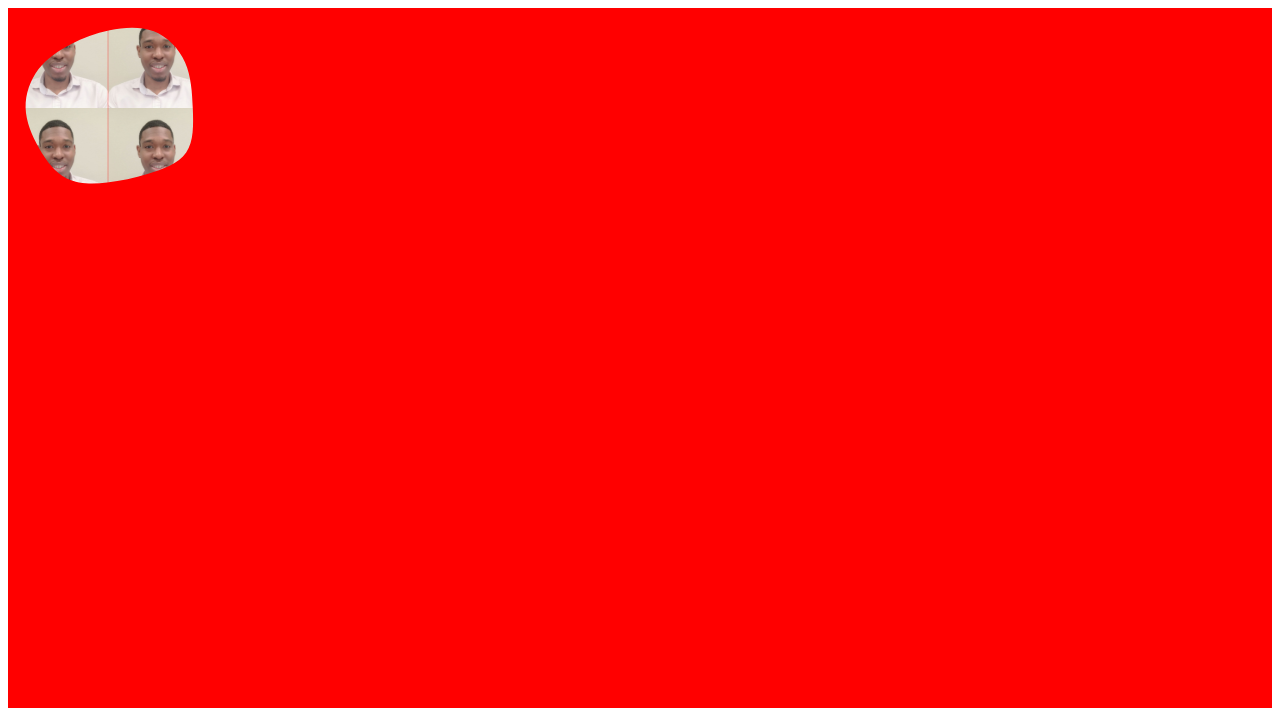
Repository: DNoel26/My_Dev_Portfolio
Page: index.html
These files come from the project's save history. The page is drawn as it stood at one moment and after the next save; the edit follows.
The browser window is 1280 px wide. The pictures show the whole page.

Above is the page before, as saved 2021-01-23 03:33:59.

### index.html
<!DOCTYPE html>
<html lang="en">
<head>
    <meta charset="UTF-8">
    <meta name="viewport" content="width=device-width, initial-scale=1.0">
    <title>Homepage | Darnell Noel | Professional Portfolio | Full Stack Web Development</title>
    <link rel="stylesheet" href="/css/style.css">
</head>
<body>
    <header>
        <div>
            <svg viewBox="0 0 200 200" xmlns="http://www.w3.org/2000/svg">
                <defs>
                    <pattern id="img1" patternUnits="userSpaceOnUse" width="100" height="100">
                      <image href="/img/profile_pic.jpg" x="0" y="0" width="100" height="100" />
                    </pattern>
                  </defs>
                <path fill="url(#img1)" d="M45.8,-76.7C59.5,-71.3,70.9,-59.4,77.1,-45.6C83.2,-31.7,84.1,-15.8,84.8,0.4C85.4,16.6,85.9,33.2,78.2,44.4C70.5,55.6,54.6,61.4,40.2,65.7C25.9,70.1,12.9,72.9,-0.9,74.5C-14.7,76,-29.4,76.2,-41.2,70.4C-53,64.5,-61.8,52.7,-69.1,39.9C-76.3,27.2,-82,13.6,-82.4,-0.2C-82.7,-14,-77.7,-28,-69.4,-38.9C-61,-49.7,-49.4,-57.5,-37.2,-63.8C-25.1,-70,-12.6,-74.8,1.7,-77.8C16,-80.8,32,-82,45.8,-76.7Z" transform="translate(100 100)" />
            </svg>
        </div>
    </header>
    <main>

    </main>
    <footer>

    </footer>
</body>
</html>

### css/style.css
header {
    height: 700px;
    background-color: red;
}

div {
    height: 200px;

}

svg {
    height: 100%;
}

After the next save:
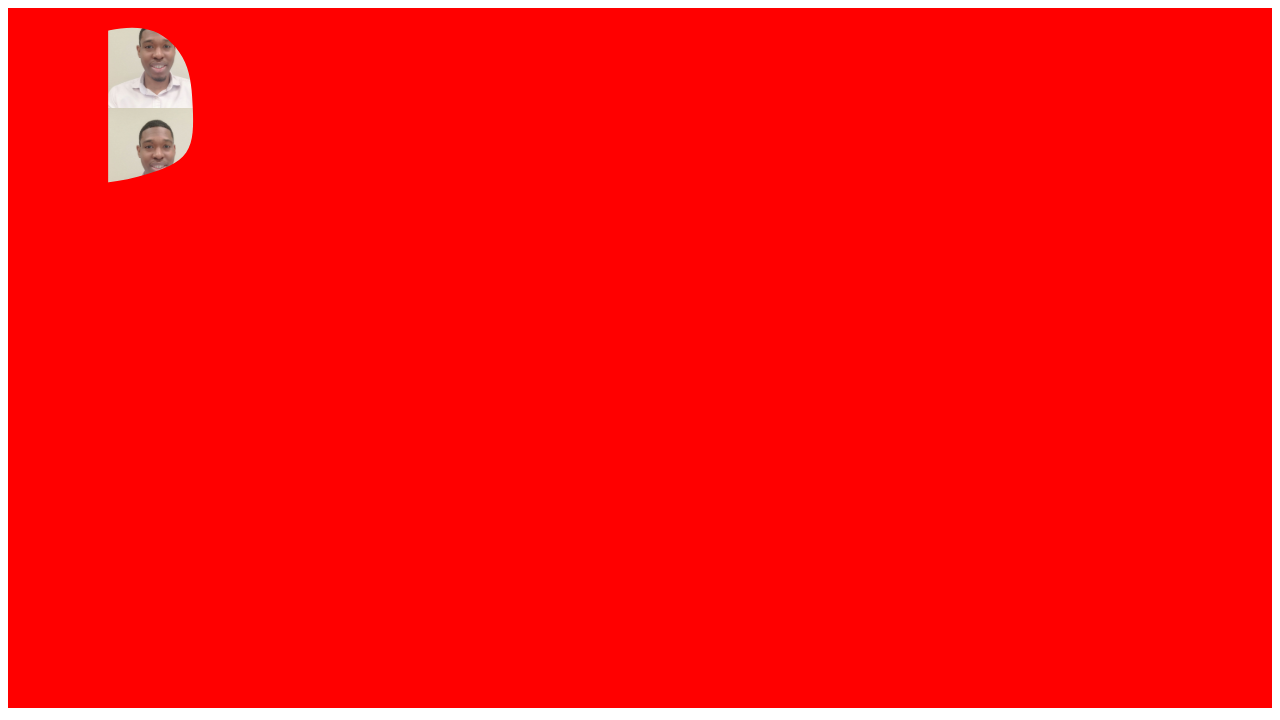
Saved 62 s later.
--- a/index.html
+++ b/index.html
@@ -11,7 +11,7 @@
         <div>
             <svg viewBox="0 0 200 200" xmlns="http://www.w3.org/2000/svg">
                 <defs>
-                    <pattern id="img1" patternUnits="userSpaceOnUse" width="100" height="100">
+                    <pattern id="img1" patternUnits="userSpaceOnUse" width="200" height="100">
                       <image href="/img/profile_pic.jpg" x="0" y="0" width="100" height="100" />
                     </pattern>
                   </defs>
